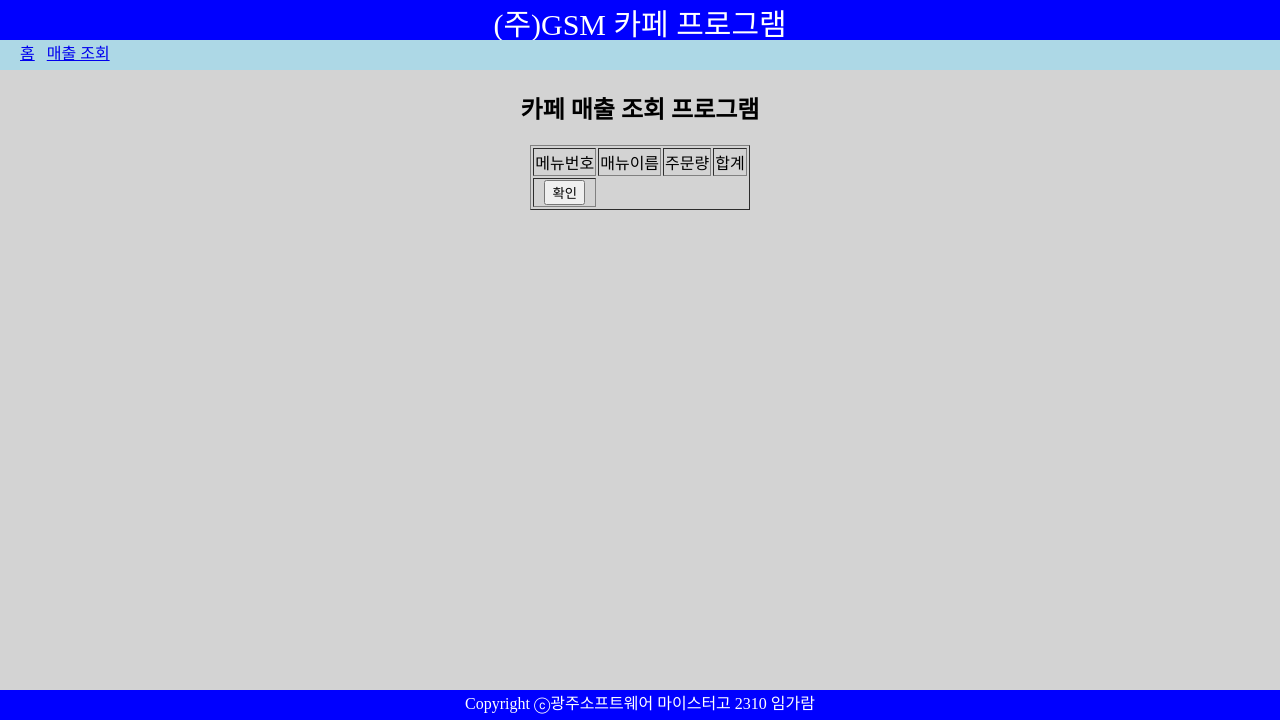
Repository: ImGaram/til
Page: http://localhost/cafe/sales.jsp
The author's editor kept a copy of each file at every save. The page is drawn from the files as they stood at one save, then again after the next save.
The browser window is 1280 px wide. The pictures show the whole page.
The page is served by Tomcat 9. Queries for data that is not in the repository find no rows.

Above is the page before, as saved 2022-06-29 01:43:45.

After the next save:
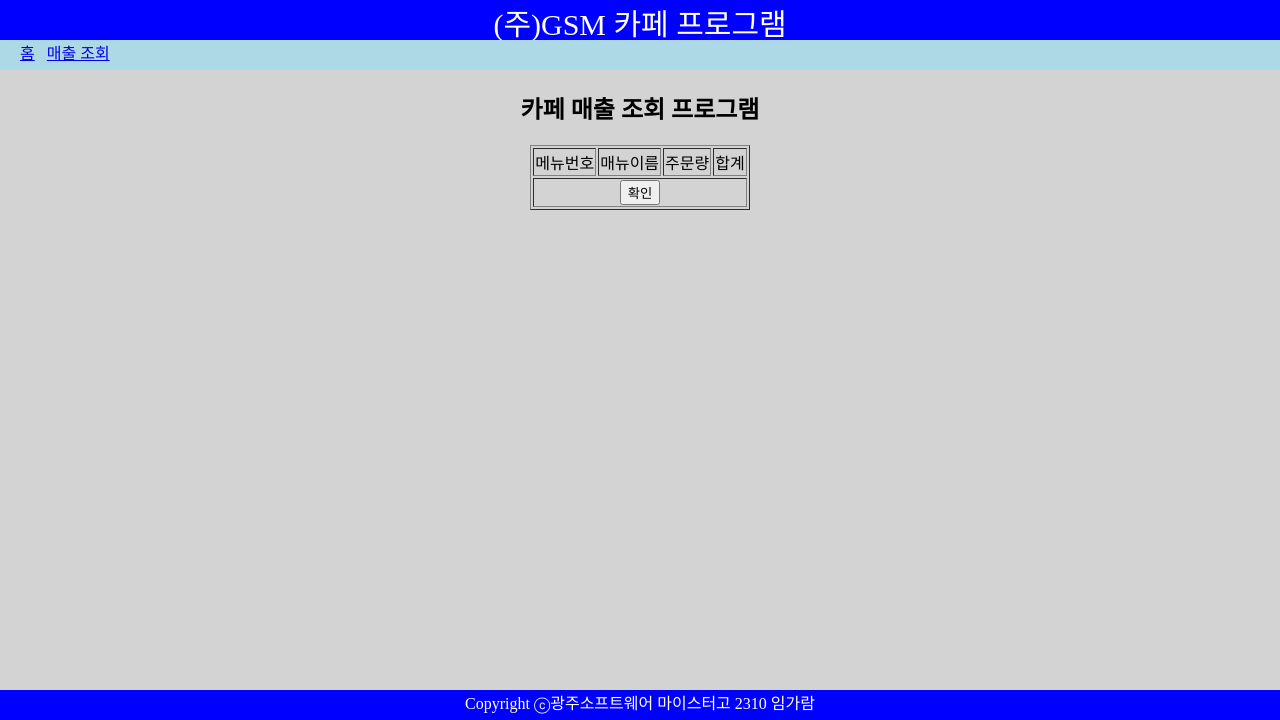
Saved 7 s later.
--- a/2학년 jsp(화면구현)/gsm2022/cafe/src/main/webapp/sales.jsp
+++ b/2학년 jsp(화면구현)/gsm2022/cafe/src/main/webapp/sales.jsp
@@ -49,7 +49,7 @@ try {
 }
 %>
 <tr>
-	<td colspan="1">
+	<td colspan="5">
 	<button onClick = "onClick()">확인</button>
 	</td>
 </tr>
